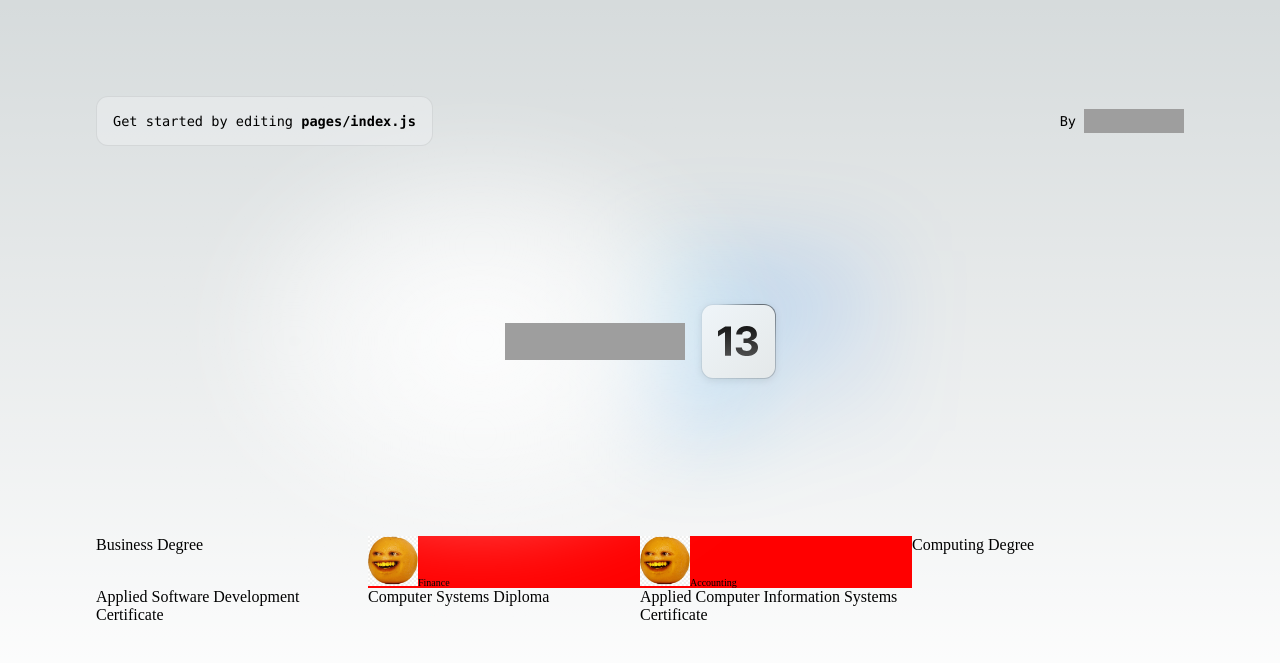
Repository: karthur1/class-example-3
Page: /
These files come from the project's save history. The page is drawn as it stood at one moment and after a run of saves; the edit follows.
The browser window is 1280 px wide. The pictures show the whole page.
Pictures or frames that could not be fetched are drawn as grey boxes. The project was rebuilt for these pictures with package versions that can differ from the ones it lists, and the page was loaded fresh each time. The framework's server and built-in components were replaced by stand-ins that run in the browser. Also part of the build but not shown: next.config.js.

Above is the page before, as saved 2023-01-16 11:22:54.

After the next 2 saves:
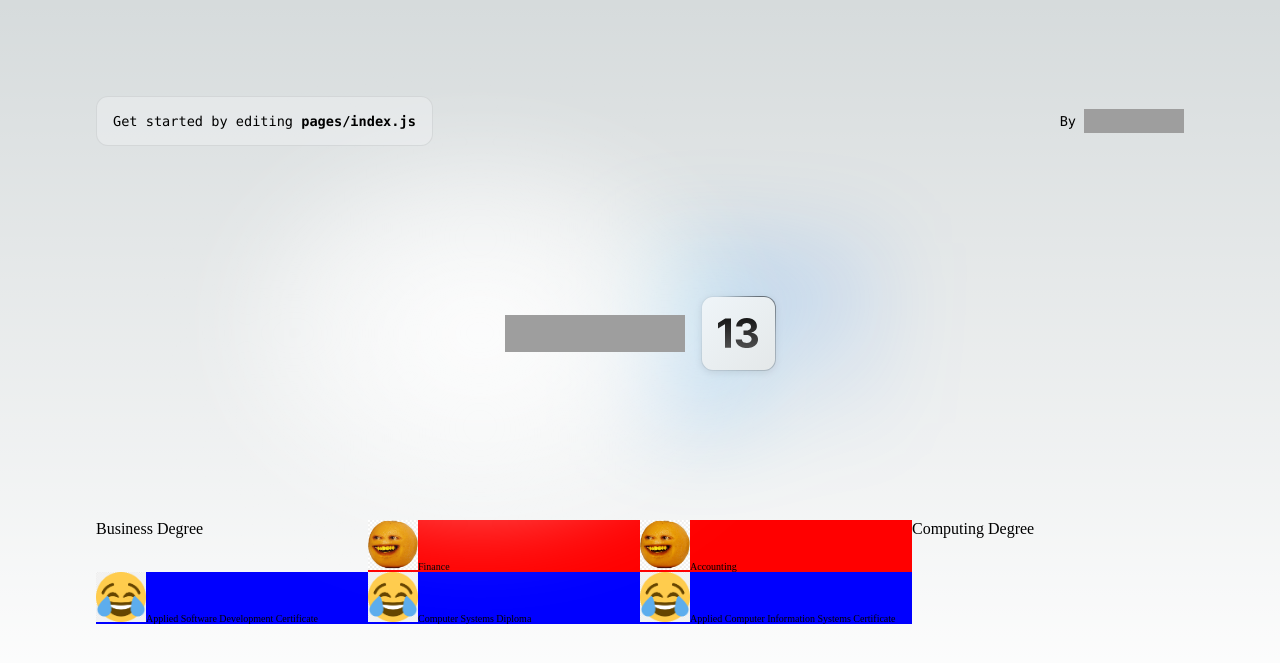
The 2 saves are shown as one change because 1 did not build or start.
The last was saved 4 min 47 s later.
--- a/pages/index.js
+++ b/pages/index.js
@@ -81,8 +81,8 @@
             if(info.department === "Computing") {
 
              return(
-            <div key={index}>{info.degree}</div>
-            )
+              <Card key={index} degree={info.degree} colour="blue" font="10px"/>
+             )
           }
         })}
         </div>
